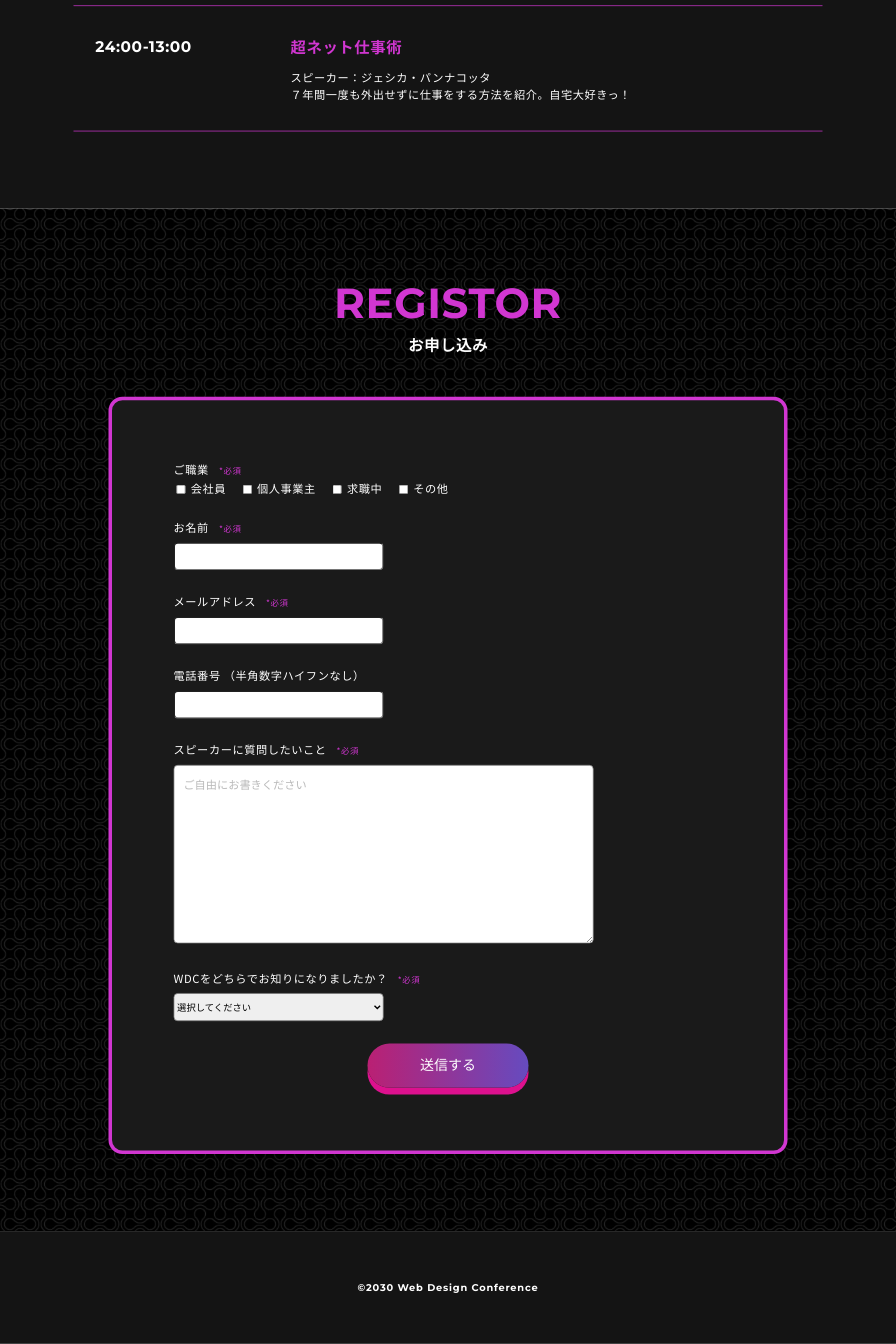
Repository: tetishi/wdc
Page: index.html
These files come from the project's save history. The page is drawn as it stood at one moment and after a run of saves; the edit follows.
The browser window is 1280 px wide. The pictures show the part of the page from y = 4114 to 6034 px (the page is 6034 px tall before and 6001 px after), at 70% of full size.
Some web libraries are served in a nearby version. The style sheet was rebuilt from its Sass, Less or Tailwind sources for each picture, by a compiler version that may differ from the author's.

Above is the page before, as saved 2023-07-15 18:31:18.

After the next 7 saves:
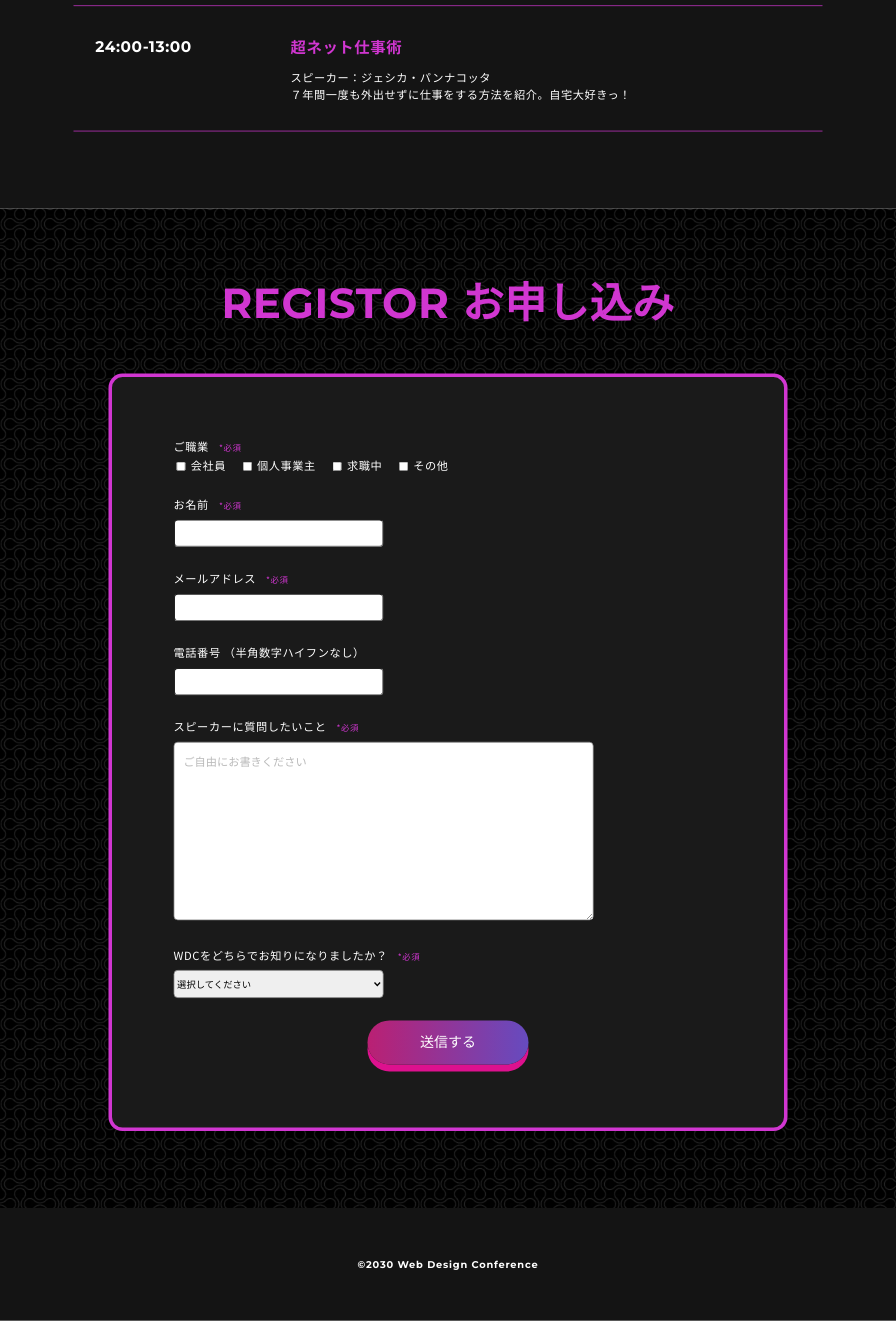
The 7 saves are shown as one change because they came seconds apart.
The last was saved 15 s later.
--- a/index.html
+++ b/index.html
@@ -240,9 +240,9 @@
             <div class="section-inner">
                 <h2 class="section-title">
                     REGISTOR
-                    <span></span>
+                    <span>お申し込み</span>
                 </h2>
-                <p class="section-under-title">お申し込み</p>
+                <p class="section-under-title"></p>
                 <div class="registor-container">
                     <form action="" class="form">
                         <div class="form-item">
